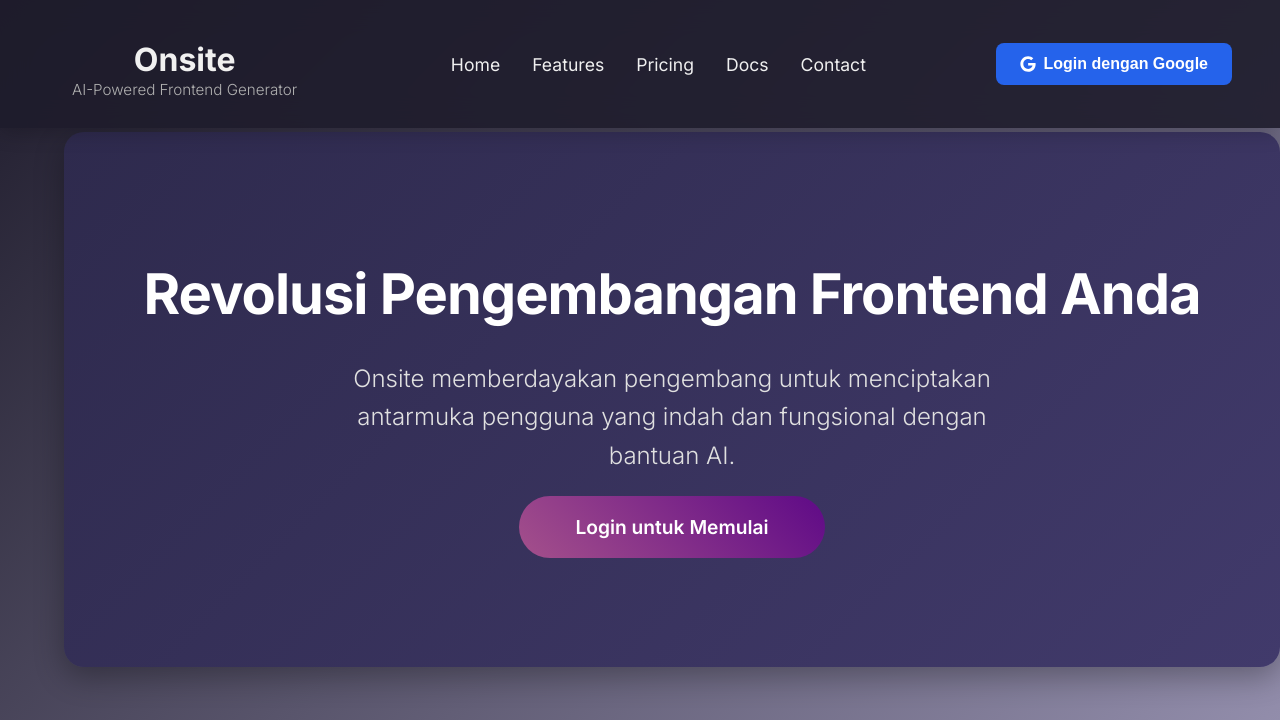
Repository: arifsoul/onsite
Page: / (app in onsite/)
The author's editor kept a copy of each file at every save. The page is drawn from the files as they stood at one save, then again after the next save.
The browser window is 1280 px wide. The pictures show the whole page.
An inner scrolling area shows only its first screen. The project was rebuilt for these pictures with package versions that can differ from the ones it lists, and the page was loaded fresh each time. Also part of the build but not shown: onsite/vite.config.js, onsite/src/components/Editor/CSSPanel.jsx, onsite/src/components/Editor/JSPanel.jsx, onsite/src/components/Editor/ComponentEditor.css, onsite/src/components/Editor/ComponentEditor.jsx, onsite/src/components/Preview/LivePreview.css, onsite/src/components/Preview/LivePreview.jsx, onsite/src/pages/Editor.css and 3 more.

Above is the page before, as saved 2025-04-14 17:41:54.

### onsite/src/index.css
/* src/index.css */
@import url('https://fonts.googleapis.com/css2?family=Inter:wght@400;600;700&display=swap');

* {
  margin: 0;
  padding: 0;
  box-sizing: border-box;
}

html, body {
  height: 100%;
  width: 100%;
  overflow-x: hidden; /* Mencegah scroll horizontal */
}

body {
  font-family: 'Inter', sans-serif;
  background-color: #f8f9fa;
}

#root {
  display: flex;
  flex-direction: column;
  min-height: 100vh;
  width: 100%;
}

### onsite/src/App.jsx
import { BrowserRouter as Router, Routes, Route } from 'react-router-dom';
import { Auth0Provider } from '@auth0/auth0-react';
import { CodeProvider } from './context/CodeContext';
import Home from './pages/Home';
import Editor from './pages/Editor';
import Login from './pages/Login';
import './App.css';

function App() {
  return (
    <Auth0Provider
      domain={import.meta.env.VITE_AUTH0_DOMAIN}
      clientId={import.meta.env.VITE_AUTH0_CLIENT_ID}
      redirectUri={window.location.origin}
    >
      <CodeProvider>
        <Router>
          <Routes>
            <Route path="/" element={<Home />} />
            <Route path="/login" element={<Login />} />
            <Route path="/editor" element={<Editor />} />
          </Routes>
        </Router>
      </CodeProvider>
    </Auth0Provider>
  );
}

export default App;

### onsite/src/context/CodeContext.jsx
import { createContext, useState, useContext } from 'react';

const CodeContext = createContext();

export const CodeProvider = ({ children }) => {
  const [generatedCode, setGeneratedCode] = useState({
    html: '',
    css: '',
    js: '',
  });
  const [components, setComponents] = useState([]);

  const updateComponent = (id, updates) => {
    setComponents((prev) =>
      prev.map((comp) =>
        comp.id === id ? { ...comp, ...updates } : comp
      )
    );
  };

  return (
    <CodeContext.Provider
      value={{ generatedCode, setGeneratedCode, components, setComponents, updateComponent }}
    >
      {children}
    </CodeContext.Provider>
  );
};

export const useCode = () => useContext(CodeContext);

### onsite/src/pages/Home.jsx
import React, { useState } from 'react';
import { useAuth0 } from '@auth0/auth0-react';
import AIGenerator from '../components/Generator/AIGenerator';
import GoogleLogin from '../components/Auth/GoogleLogin';
import { Link } from 'react-router-dom';
import './Home.css';

const Home = () => {
  const { isAuthenticated } = useAuth0();

  const [htmlCode, setHtmlCode] = useState('<h1>Hello World</h1>');
  const [cssCode, setCssCode] = useState('h1 { color: #1e40af; }');
  const [jsCode, setJsCode] = useState('console.log("Hello World");');
  const [activeTab, setActiveTab] = useState('html');

  const iframeCode = `
<html>
<head>
<style>${cssCode}</style>
</head>
<body>
${htmlCode}
<script>${jsCode}</script>
</body>
</html>
  `.trim();

  return (
    <div className="home-container">
      <header className="home-header">
        <div className="logo">
          <h1>Onsite</h1>
          <span>AI-Powered Frontend Generator</span>
        </div>
        <nav className="nav-menu">
          <ul>
            <li><Link to="/">Home</Link></li>
            <li><Link to="/features">Features</Link></li>
            <li><Link to="/pricing">Pricing</Link></li>
            <li><Link to="/docs">Docs</Link></li>
            <li><Link to="/contact">Contact</Link></li>
          </ul>
        </nav>
        <GoogleLogin />
      </header>
      <main className="home-main">
        <section className="hero-section">
          <h2>Revolusi Pengembangan Frontend Anda</h2>
          <p>
            Onsite memberdayakan pengembang untuk menciptakan antarmuka pengguna yang indah dan fungsional dengan bantuan AI.
          </p>
          <Link to={isAuthenticated ? '/editor' : '/login'} className="hero-cta">
            {isAuthenticated ? 'Mulai Mengedit Sekarang' : 'Login untuk Memulai'}
          </Link>
        </section>
        <section className="description-section">
          <h2>Kenapa Onsite?</h2>
          <p>
            Onsite menggabungkan kecerdasan buatan dan pengembangan frontend untuk menghasilkan kode React yang bersih dan responsif.
          </p>
          <ul>
            <li>Generate kode dengan cepat dan akurat.</li>
            <li>Edit komponen secara visual.</li>
            <li>Integrasi mudah dengan proyek Anda.</li>
          </ul>
        </section>
        <section className="code-playground">
          <div className="generator-section">
            <h3>AI Generator</h3>
            <AIGenerator
              onGenerate={(html, css, js) => {
                setHtmlCode(html);
                setCssCode(css);
                setJsCode(js);
              }}
            />
          </div>
          <div className="preview-section">
            <h3>Preview</h3>
            <iframe
              srcDoc={iframeCode}
              className="preview-iframe"
              sandbox="allow-scripts"
              title="Live Preview"
            />
          </div>
          <div className="editor-section">
            <h3>Code Editor</h3>
            <div className="tabs">
              <button
                className={activeTab === 'html' ? 'active' : ''}
                onClick={() => setActiveTab('html')}
              >
                HTML
              </button>
              <button
                className={activeTab === 'css' ? 'active' : ''}
                onClick={() => setActiveTab('css')}
              >
                CSS
              </button>
              <button
                className={activeTab === 'js' ? 'active' : ''}
                onClick={() => setActiveTab('js')}
              >
                JS
              </button>
            </div>
            <div className="code-editor">
              {activeTab === 'html' && (
                <textarea
                  value={htmlCode}
                  onChange={(e) => setHtmlCode(e.target.value)}
                  placeholder="Enter HTML code here..."
                />
              )}
              {activeTab === 'css' && (
                <textarea
                  value={cssCode}
                  onChange={(e) => setCssCode(e.target.value)}
                  placeholder="Enter CSS code here..."
                />
              )}
              {activeTab === 'js' && (
                <textarea
                  value={jsCode}
                  onChange={(e) => setJsCode(e.target.value)}
                  placeholder="Enter JavaScript code here..."
                />
              )}
            </div>
          </div>
        </section>
      </main>
      <footer className="home-footer">
        <p>© 2025 Onsite. All rights reserved.</p>
      </footer>
    </div>
  );
};

export default Home;

### onsite/src/components/Generator/AIGenerator.jsx
import { useState } from 'react';
import { useCode } from '../../context/CodeContext';
import { generateCode } from '../../services/deepseekApi';
import './AIGenerator.css';

const AIGenerator = () => {
  const [prompt, setPrompt] = useState('');
  const [error, setError] = useState(null);
  const { setGeneratedCode, setComponents } = useCode();

  const handleGenerate = async () => {
    try {
      setError(null);
      const response = await generateCode(prompt);
      const { html, css, js, components } = response.data;
      setGeneratedCode({ html, css, js });
      setComponents(components || []);
    } catch (error) {
      setError('Gagal menghasilkan kode.');
    }
  };

  return (
    <div className="generator-container">
      <textarea
        value={prompt}
        onChange={(e) => setPrompt(e.target.value)}
        placeholder="Tulis deskripsi UI Anda di sini..."
        className="prompt-input code-editor"
      />
      <button onClick={handleGenerate} className="generate-btn">
        Generate Kode
      </button>
      {error && <p className="error-message">{error}</p>}
    </div>
  );
};

export default AIGenerator;

### onsite/src/components/Auth/GoogleLogin.jsx
import { useAuth0 } from '@auth0/auth0-react';
import { FaGoogle } from 'react-icons/fa';
import './GoogleLogin.css';

const GoogleLogin = () => {
  const { loginWithRedirect, isAuthenticated, user, logout } = useAuth0();

  return (
    <div>
      {isAuthenticated ? (
        <div className="user-info">
          <img src={user?.picture} alt={user?.name} />
          <span>{user?.name}</span>
          <button
            className="logout-btn"
            onClick={() => logout({ returnTo: window.location.origin })}
          >
            Logout
          </button>
        </div>
      ) : (
        <button
          className="google-login-btn"
          onClick={() => loginWithRedirect({ connection: 'google-oauth2' })}
        >
          <FaGoogle /> Login dengan Google
        </button>
      )}
    </div>
  );
};

export default GoogleLogin;

### onsite/src/pages/Home.css
@import url('https://fonts.googleapis.com/css2?family=Inter:wght@300;400;600;700&display=swap');

body {
  margin: 0;
  font-family: 'Inter', sans-serif;
  background: linear-gradient(135deg, #1f1c2c, #928dab);
  overflow-x: hidden;
}

/* Layout Container */
.home-container {
  display: flex;
  flex-direction: column;
  min-height: 100vh;
  width: 100vw;
  background: transparent;
}

/* Header */
.home-header {
  display: flex;
  justify-content: space-between;
  align-items: center;
  padding: 1rem 3rem;
  background: rgba(31, 28, 44, 0.9);
  backdrop-filter: blur(15px);
  position: fixed;
  top: 0;
  left: 0;
  width: 100%;
  z-index: 1000;
  box-shadow: 0 4px 20px rgba(0, 0, 0, 0.2);
}

.logo h1 {
  font-size: 2rem;
  font-weight: 700;
  color: #f0f0f0;
  margin: 0;
}

.logo span {
  font-size: 0.95rem;
  font-weight: 300;
  color: #b0b0b0;
}

.nav-menu ul {
  list-style: none;
  display: flex;
  gap: 2rem;
  margin: 0;
  padding: 0;
}

.nav-menu a {
  text-decoration: none;
  color: #f0f0f0;
  font-weight: 500;
  font-size: 1.1rem;
  transition: color 0.3s ease, transform 0.3s ease;
}

.nav-menu a:hover {
  color: #a4508b;
  transform: translateY(-2px);
}

/* Main Content */
.home-main {
  padding: 100px 2rem 3rem;
}

.hero-section {
  text-align: center;
  padding: 8rem 2rem;
  background: linear-gradient(135deg, #2e2a4d, #413a6b);
  border-radius: 20px;
  margin-bottom: 5rem;
  color: #ffffff;
  box-shadow: 0 10px 30px rgba(0, 0, 0, 0.3);
  animation: fadeIn 1s ease-in-out;
}

.hero-section h2 {
  font-size: 3.5rem;
  font-weight: 700;
  letter-spacing: -1px;
  margin-bottom: 2rem;
  color: #ffffff;
}

.hero-section p {
  font-size: 1.5rem;
  font-weight: 300;
  max-width: 700px;
  margin: 0 auto 2.5rem;
  line-height: 1.6;
  color: #e0e0e0;
}

.hero-cta {
  padding: 1.2rem 3.5rem;
  background: linear-gradient(45deg, #a4508b, #5f0a87);
  color: #ffffff;
  text-decoration: none;
  border-radius: 50px;
  font-size: 1.2rem;
  font-weight: 600;
  transition: transform 0.3s ease, box-shadow 0.3s ease;
}

.hero-cta:hover {
  transform: translateY(-5px);
  box-shadow: 0 10px 20px rgba(95, 10, 135, 0.5);
}

/* Description Section */
.description-section {
  padding: 4rem;
  background: rgba(31, 28, 44, 0.85);
  border-radius: 20px;
  box-shadow: 0 10px 30px rgba(0, 0, 0, 0.2);
  margin-bottom: 5rem;
  color: #f0f0f0;
  animation: fadeInUp 1s ease-in-out;
}

.description-section h2 {
  font-size: 2.5rem;
  font-weight: 600;
  margin-bottom: 2rem;
}

.description-section p {
  font-size: 1.3rem;
  font-weight: 300;
  line-height: 1.6;
}

.description-section ul {
  list-style: none;
  padding: 0;
}

.description-section li {
  font-size: 1.2rem;
  margin-bottom: 1.5rem;
  padding-left: 2rem;
  position: relative;
}

.description-section li::before {
  content: '→';
  position: absolute;
  left: 0;
  color: #a4508b;
}

/* Code Playground */
.code-playground {
  display: grid;
  grid-template-columns: repeat(auto-fit, minmax(300px, 1fr));
  gap: 2.5rem;
  padding: 4rem;
  background: rgba(31, 28, 44, 0.75);
  border-radius: 20px;
  box-shadow: 0 10px 30px rgba(0, 0, 0, 0.3);
  margin-bottom: 5rem;
}

.generator-section,
.preview-section,
.editor-section {
  padding: 2rem;
  background: #ffffff15;
  border: 1px solid #ffffff20;
  border-radius: 16px;
  transition: transform 0.3s ease, box-shadow 0.3s ease;
  backdrop-filter: blur(10px);
}

.generator-section:hover,
.preview-section:hover,
.editor-section:hover {
  transform: translateY(-10px);
  box-shadow: 0 10px 25px rgba(0, 0, 0, 0.5);
}

.code-playground h3 {
  font-size: 1.8rem;
  font-weight: 600;
  margin-bottom: 1.5rem;
  color: #ffffff;
}

.preview-iframe {
  width: 100%;
  height: 450px;
  border: none;
  border-radius: 12px;
  background: #1e1e1e;
  box-shadow: 0 6px 20px rgba(0, 0, 0, 0.4);
}

.tabs {
  display: flex;
  gap: 0.75rem;
  margin-bottom: 1.5rem;
}

.tabs button {
  padding: 0.8rem 2rem;
  background: #ffffff20;
  border: none;
  cursor: pointer;
  border-radius: 50px;
  font-size: 1rem;
  font-weight: 500;
  color: #ffffff;
  transition: all 0.3s ease;
}

.tabs button.active {
  background: linear-gradient(45deg, #a4508b, #5f0a87);
  color: #ffffff;
}

.tabs button:hover:not(.active) {
  background: #ffffff30;
}

.code-editor textarea {
  width: 100%;
  height: 300px;
  font-family: 'Courier New', Courier, monospace;
  font-size: 1rem;
  padding: 1.5rem;
  border: none;
  border-radius: 12px;
  background: #1e1e1e;
  color: #f0f0f0;
  resize: vertical;
  box-shadow: inset 0 2px 10px rgba(0, 0, 0, 0.2);
  transition: box-shadow 0.3s ease;
}

.code-editor textarea:focus {
  outline: none;
  box-shadow: 0 0 0 4px rgba(95, 10, 135, 0.4);
}

/* Footer */
.home-footer {
  text-align: center;
  padding: 3rem;
  background: rgba(31, 28, 44, 0.9);
  color: #b0b0b0;
  font-size: 1rem;
  letter-spacing: 0.5px;
}

/* Animations */
@keyframes fadeIn {
  from { opacity: 0; }
  to { opacity: 1; }
}

@keyframes fadeInUp {
  from { opacity: 0; transform: translateY(20px); }
  to { opacity: 1; transform: translateY(0); }
}

/* Responsive Design */
@media (max-width: 1024px) {
  .code-playground {
    grid-template-columns: repeat(auto-fit, minmax(300px, 1fr));
  }
}

@media (max-width: 768px) {
  .home-header {
    padding: 1rem 2rem;
    flex-direction: column;
    align-items: flex-start;
  }

  .nav-menu ul {
    flex-direction: column;
    gap: 1rem;
    width: 100%;
  }

  .hero-section h2 {
    font-size: 2.5rem;
  }

  .hero-section p {
    font-size: 1.2rem;
  }

  .code-playground {
    grid-template-columns: 1fr;
  }

  .preview-iframe {
    height: 350px;
  }

  .code-editor textarea {
    height: 250px;
  }
}

### onsite/src/services/deepseekApi.js
import axios from 'axios';

const API_KEY = import.meta.env.VITE_DEEPSEEK_API_KEY;
const BASE_URL = 'https://api.deepseek.com';

export const generateCode = async (prompt) => {
  if (!API_KEY) {
    throw new Error('DeepSeek API key is missing. Please set VITE_DEEPSEEK_API_KEY in .env.');
  }

  if (!prompt || prompt.trim() === '') {
    throw new Error('Prompt cannot be empty.');
  }

  try {
    const response = await axios.post(
      `${BASE_URL}/chat/completions`,
      {
        model: 'deepseek-chat',
        messages: [
          {
            role: 'system',
            content:
              'You are an AI that generates React component code (HTML, CSS, JS) based on user descriptions. Return structured JSON with html, css, js, and components array.',
          },
          { role: 'user', content: prompt },
        ],
        stream: false,
      },
      {
        headers: {
          'Content-Type': 'application/json',
          Authorization: `Bearer ${API_KEY}`,
        },
      }
    );
    return response;
  } catch (error) {
    console.error('DeepSeek API Error:', {
      message: error.message,
      status: error.response?.status,
      data: error.response?.data,
    });
    throw new Error(
      error.response?.data?.error?.message || 'Failed to generate code. Please check API key and network.'
    );
  }
};

### onsite/src/components/Generator/AIGenerator.css
.generator-container {
  display: flex;
  flex-direction: column;
  gap: 1.5rem;
  height: 100%;
}

.prompt-input.code-editor {
  width: 100%;
  min-height: 250px;
  padding: 1.5rem;
  border: 1px solid #d1d5db;
  border-radius: 8px;
  font-family: 'Courier New', Courier, monospace;
  font-size: 1rem;
  background-color: #f9fafb;
  color: #1f2937;
  resize: vertical;
}

.prompt-input:focus {
  border-color: #2563eb;
  outline: none;
}

.generate-btn {
  padding: 0.75rem 1.5rem;
  background-color: #2563eb;
  color: #ffffff;
  border: none;
  border-radius: 8px;
  font-weight: 600;
}

.generate-btn:hover {
  background-color: #1d4ed8;
}

.error-message {
  color: #dc2626;
  font-size: 0.9rem;
}

### onsite/src/components/Auth/GoogleLogin.css
/* src/components/Auth/GoogleLogin.css */
.google-login-btn {
  display: flex;
  align-items: center;
  gap: 0.5rem;
  padding: 0.75rem 1.5rem;
  background-color: #2563eb;
  color: #ffffff;
  border: none;
  border-radius: 8px;
  font-size: 1rem;
  font-weight: 600;
  cursor: pointer;
  transition: background-color 0.2s;
}

.google-login-btn:hover {
  background-color: #1d4ed8;
}

.user-info {
  display: flex;
  align-items: center;
  gap: 0.75rem;
}

.user-info img {
  border-radius: 50%;
  width: 36px;
  height: 36px;
}

.user-info span {
  font-size: 1rem;
  color: #1f2937;
}

.logout-btn {
  padding: 0.5rem 1rem;
  background-color: #dc2626;
  color: #ffffff;
  border: none;
  border-radius: 8px;
  font-size: 0.9rem;
  font-weight: 600;
  cursor: pointer;
  transition: background-color 0.2s;
}

.logout-btn:hover {
  background-color: #b91c1c;
}

Loaded but not shown: onsite/index.html (common file); onsite/src/main.jsx (common file); onsite/src/App.css (common file)

After the next save:
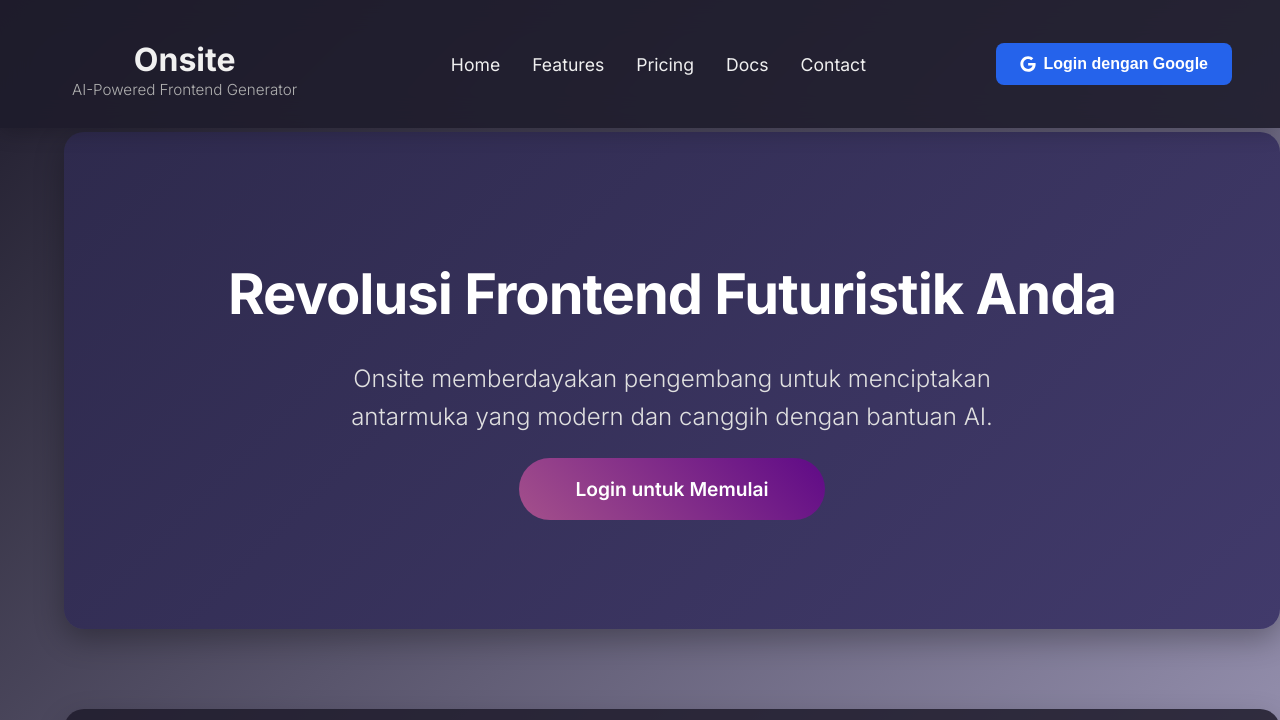
Saved 9 s later.
--- a/onsite/src/pages/Home.jsx
+++ b/onsite/src/pages/Home.jsx
@@ -7,7 +7,6 @@
 
 const Home = () => {
   const { isAuthenticated } = useAuth0();
-
   const [htmlCode, setHtmlCode] = useState('<h1>Hello World</h1>');
   const [cssCode, setCssCode] = useState('h1 { color: #1e40af; }');
   const [jsCode, setJsCode] = useState('console.log("Hello World");');
@@ -15,13 +14,13 @@
 
   const iframeCode = `
 <html>
-<head>
-<style>${cssCode}</style>
-</head>
-<body>
-${htmlCode}
-<script>${jsCode}</script>
-</body>
+  <head>
+    <style>${cssCode}</style>
+  </head>
+  <body>
+    ${htmlCode}
+    <script>${jsCode}</script>
+  </body>
 </html>
   `.trim();
 
@@ -45,23 +44,23 @@
       </header>
       <main className="home-main">
         <section className="hero-section">
-          <h2>Revolusi Pengembangan Frontend Anda</h2>
+          <h2>Revolusi Frontend Futuristik Anda</h2>
           <p>
-            Onsite memberdayakan pengembang untuk menciptakan antarmuka pengguna yang indah dan fungsional dengan bantuan AI.
+            Onsite memberdayakan pengembang untuk menciptakan antarmuka yang modern dan canggih dengan bantuan AI.
           </p>
           <Link to={isAuthenticated ? '/editor' : '/login'} className="hero-cta">
             {isAuthenticated ? 'Mulai Mengedit Sekarang' : 'Login untuk Memulai'}
           </Link>
         </section>
         <section className="description-section">
-          <h2>Kenapa Onsite?</h2>
+          <h2>Kenapa Memilih Onsite?</h2>
           <p>
-            Onsite menggabungkan kecerdasan buatan dan pengembangan frontend untuk menghasilkan kode React yang bersih dan responsif.
+            Dengan menggabungkan kecerdasan buatan dengan teknologi frontend terkini, Onsite menghadirkan solusi responsif dan profesional untuk kebutuhan bisnis Anda.
           </p>
           <ul>
-            <li>Generate kode dengan cepat dan akurat.</li>
-            <li>Edit komponen secara visual.</li>
-            <li>Integrasi mudah dengan proyek Anda.</li>
+            <li>Generasi kode cepat dan akurat.</li>
+            <li>Edit komponen secara visual dengan antarmuka futuristik.</li>
+            <li>Integrasi yang mulus dengan proyek Anda.</li>
           </ul>
         </section>
         <section className="code-playground">
@@ -111,21 +110,21 @@
                 <textarea
                   value={htmlCode}
                   onChange={(e) => setHtmlCode(e.target.value)}
-                  placeholder="Enter HTML code here..."
+                  placeholder="Masukkan kode HTML..."
                 />
               )}
               {activeTab === 'css' && (
                 <textarea
                   value={cssCode}
                   onChange={(e) => setCssCode(e.target.value)}
-                  placeholder="Enter CSS code here..."
+                  placeholder="Masukkan kode CSS..."
                 />
               )}
               {activeTab === 'js' && (
                 <textarea
                   value={jsCode}
                   onChange={(e) => setJsCode(e.target.value)}
-                  placeholder="Enter JavaScript code here..."
+                  placeholder="Masukkan kode JavaScript..."
                 />
               )}
             </div>
